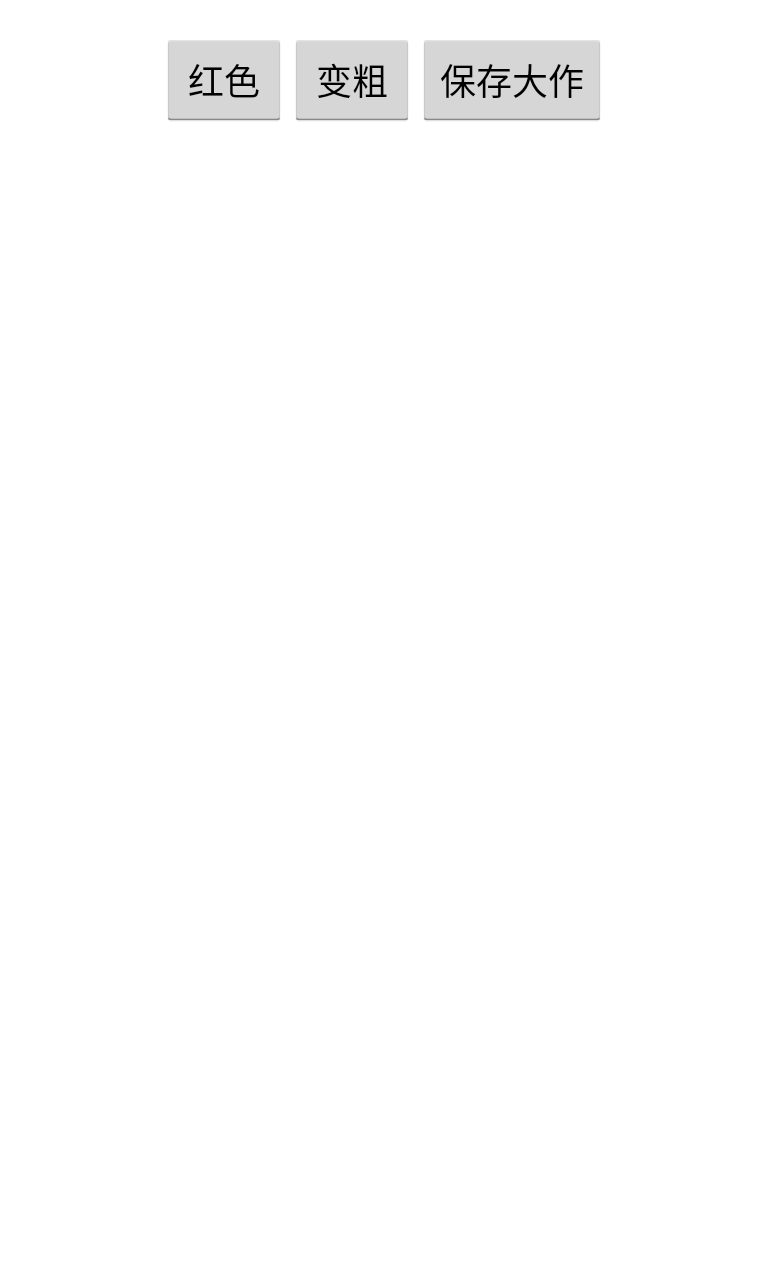
Repository: xfhy/Usually-learn-Android
Layout: 多媒体/4.画画板小案例/res/layout/activity_main.xml
The author's editor kept a copy of each file at every save. The layout is drawn from the files as they stood at one save, then again after a run of saves.
It is drawn on a 768 x 1280 px phone screen (xhdpi) without system bars, with theme AppTheme; the app's code is not run.

Above is the layout before, as saved 2017-02-09 01:40:42.

### 多媒体/4.画画板小案例/res/layout/activity_main.xml
<LinearLayout xmlns:android="http://schemas.android.com/apk/res/android"
    xmlns:tools="http://schemas.android.com/tools"
    android:layout_width="match_parent"
    android:layout_height="match_parent"
    android:orientation="vertical"
    android:paddingBottom="@dimen/activity_vertical_margin"
    android:paddingLeft="@dimen/activity_horizontal_margin"
    android:paddingRight="@dimen/activity_horizontal_margin"
    android:paddingTop="@dimen/activity_vertical_margin"
    tools:context="com.itheima.paint.MainActivity$PlaceholderFragment" >

    <ImageView
        android:id="@+id/iv_img"
        android:layout_width="wrap_content"
        android:layout_height="wrap_content" />

    <LinearLayout
        android:layout_width="match_parent"
        android:layout_height="wrap_content"
        style="?android:attr/buttonBarButtonStyle"
        android:orientation="horizontal" >

        <Button
            android:id="@+id/bt_change_color"
            android:layout_width="wrap_content"
            android:layout_height="wrap_content"
            android:text="红色" />

        <Button
            android:id="@+id/bt_change_big"
            android:layout_width="wrap_content"
            android:layout_height="wrap_content"
            android:text="变粗" />

        <Button
            android:id="@+id/bt_save"
            android:layout_width="wrap_content"
            android:layout_height="wrap_content"
            android:text="保存大作" />
    </LinearLayout>

</LinearLayout>

Loaded but not shown: 多媒体/4.画画板小案例/res/values/styles.xml (common file); 多媒体/4.画画板小案例/res/values-v11/styles.xml (common file); 多媒体/4.画画板小案例/res/values-v14/styles.xml (common file); 多媒体/4.画画板小案例/res/values/dimens.xml (common file); 多媒体/4.画画板小案例/res/values-w820dp/dimens.xml (common file)

After the next 2 saves:
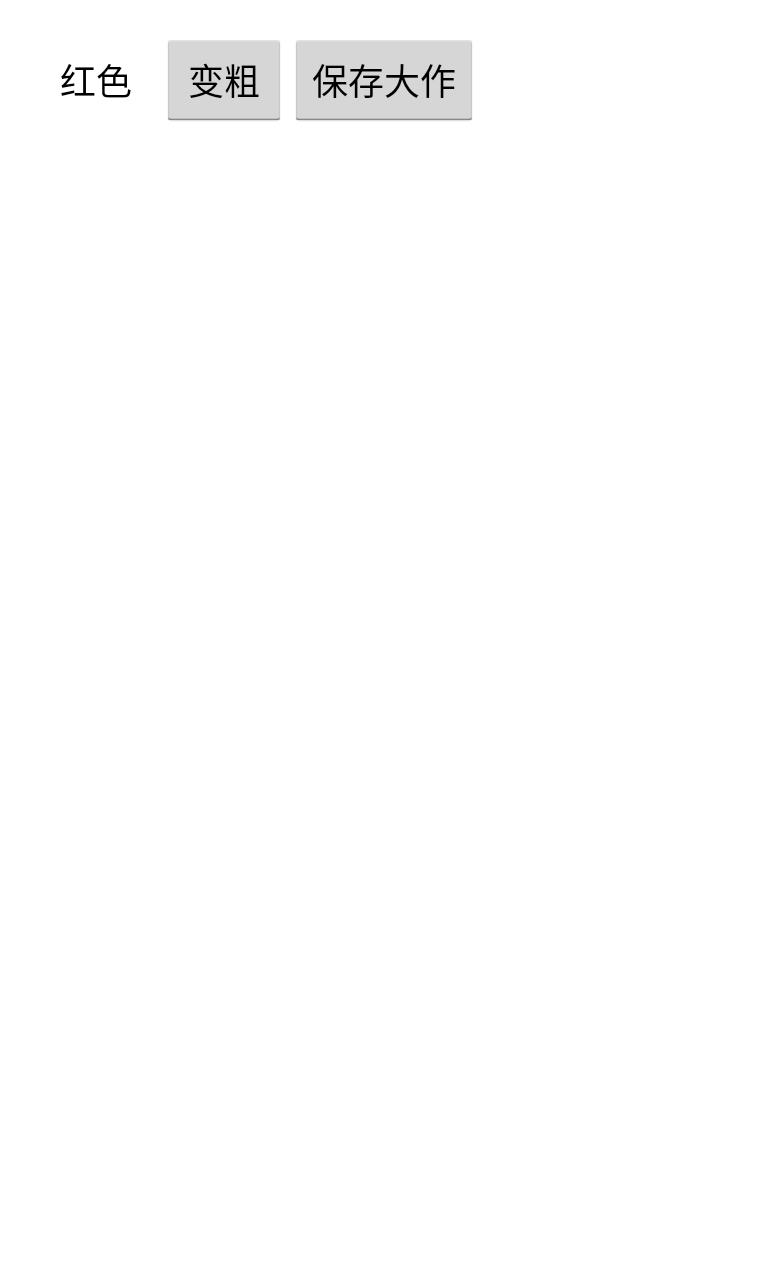
The 2 saves are shown as one change because they came seconds apart.
The last was saved 13 s later.
--- a/多媒体/4.画画板小案例/res/layout/activity_main.xml
+++ b/多媒体/4.画画板小案例/res/layout/activity_main.xml
@@ -17,11 +17,11 @@
     <LinearLayout
         android:layout_width="match_parent"
         android:layout_height="wrap_content"
-        style="?android:attr/buttonBarButtonStyle"
         android:orientation="horizontal" >
 
         <Button
             android:id="@+id/bt_change_color"
+            style="?android:attr/buttonBarButtonStyle"
             android:layout_width="wrap_content"
             android:layout_height="wrap_content"
             android:text="红色" />
